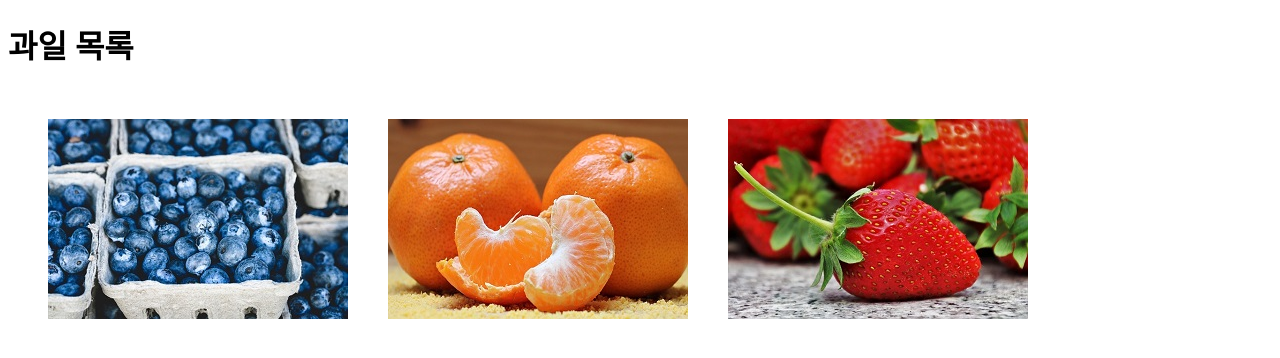
Repository: woosungtae/html_css
Page: pro01/public/a11.html
The author's editor kept a copy of each file at every save. The page is drawn from the files as they stood at one save, then again after the next save.
The browser window is 1280 px wide. The pictures show the whole page.

Above is the page before, as saved 2022-12-12 05:29:57.

### pro01/public/a11.html
<!DOCTYPE html>
<html lang="ko">
<head>
<meta charset="utf-8">
<title>상품 목록</title>
   <style>
      .prod-list{
          list-style: none;
          margin: 10px;
          padding: 10px;
      }
      .prod-list li{
          position: relative;
          float: left;
          margin: 10px;
          padding: 10px;
          overflow: hidden;
      }
      .prod-list img{
          margin:0;
          padding:0;
          float: left;
          z-index: 5;
      }
      .prod-list .caption{
          position: absolute;
          top: 200px;
          width: 300px;
          height: 200px;
          padding-top: 20px;
          background: rgba(0,0,0,0.6);
          opacity: 0;
          transition: all 0.2s ease-in-out;
          z-index: 10;
      }
      .prod-list li:hover .caption{
          opacity: 1;
          transform: translateY(-200px);
      }
      .prod-list .caption h1, .prod-list p{
          color: white;
          text-align: center;
      }
   </style>
</head>
<body>
<h1>과일 목록</h1>
<div id="container">
  <ul class="prod-list">
   <li>
      <img src="images/prod1.jpg">
      <div class="caption">
       <h1>상품 1</h1>
       <p>상품 1 설명 텍스트</p>
       <p>가격 : 12,345원</p>
      </div>
      </li>
         <li>
      <img src="images/prod2.jpg">
      <div class="caption">
       <h1>상품 2</h1>
       <p>상품 2 설명 텍스트</p>
       <p>가격 : 12,345원</p>
      </div>
      </li>
         <li>
      <img src="images/prod3.jpg">
      <div class="caption">
       <h1>상품 3</h1>
       <p>상품 3 설명 텍스트</p>
       <p>가격 : 12,345원</p>
      </div>
      </li>
  </ul>
</div>

</body>
</html>

After the next save:
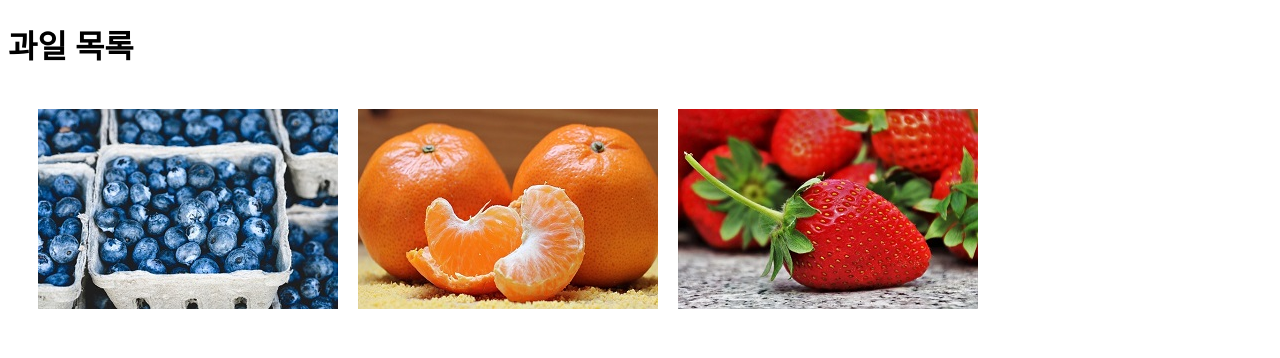
Saved 25 s later.
--- a/pro01/public/a11.html
+++ b/pro01/public/a11.html
@@ -13,7 +13,7 @@
           position: relative;
           float: left;
           margin: 10px;
-          padding: 10px;
+          padding: 0;
           overflow: hidden;
       }
       .prod-list img{
